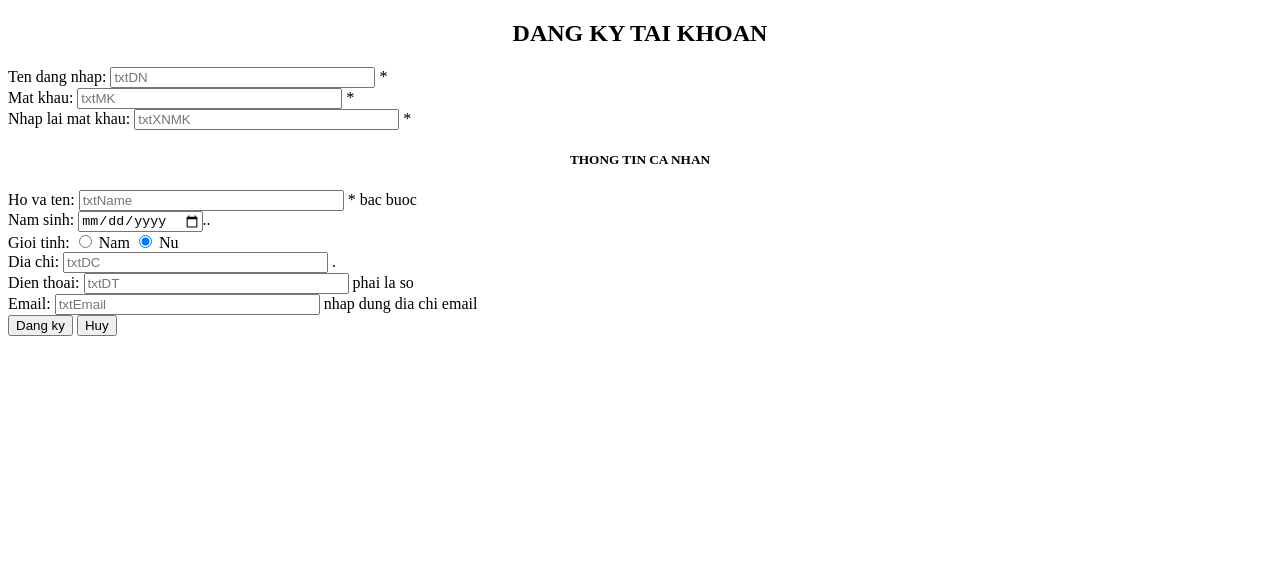
Repository: NguyenThiKimNgocc/20025251_NguyenThiKimNgoc_Web_Nhom1
Page: Tuan 05/html/index.html
The author's editor kept a copy of each file at every save. The page is drawn from the files as they stood at one save, then again after the next save.
The browser window is 1280 px wide. The pictures show the whole page.

Above is the page before, as saved 2022-03-16 14:05:07.
Console error: SyntaxError: Unexpected token '{'

After the next save:
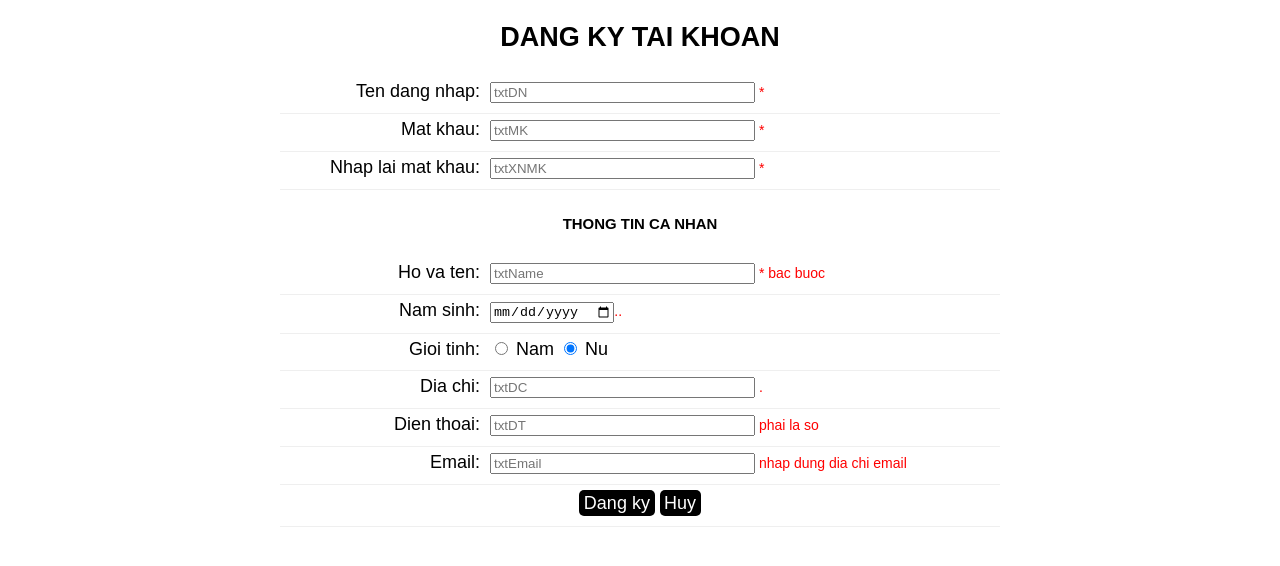
Saved 9 min 11 s later.
--- a/Tuan 05/html/index.html
+++ b/Tuan 05/html/index.html
@@ -5,6 +5,55 @@
     <meta http-equiv="X-UA-Compatible" content="IE=edge">
     <meta name="viewport" content="width=device-width, initial-scale=1.0">
     <title>Document</title>
+    <style type="text/css">
+        body{
+            font-family: Arial, Helvetica, sans-serif;
+            font-size: 18px;
+        }
+
+        div{
+            border-bottom: 1px solid #efefef;
+            margin: auto;
+            padding-bottom: 10px;
+            padding-top: 5px;
+            width: 720px;
+        }
+
+        .title{
+            float: left;
+            width: 200px;
+            text-align: right;
+            padding-right: 10px;
+            color: black;
+            font-size: 18px;
+        }
+
+        .radio-buttons label{
+            float: none;
+        }
+
+        .submit{
+            text-align: center;
+        }
+
+        input[type=submit],
+        input[type=reset]{
+            padding: .1em .2em;
+            border: 1px solid hsla(0, 0%, 0%, .3);
+            -moz-border-radius: 5px;
+            -webkit-border-radius: 5px;
+            background-color: #000;
+            color: #fff;
+            text-shadow: 0 -1pz 0 hsla(0, 0%, 0%, .8);
+            font-size: 18px;
+        }
+
+        span{
+            color: red;
+            font-size: 14px;
+        }
+    </style>
+
     <script>
         function KiemTraTenDN(){
             var re = /^[a-z]*w/;
